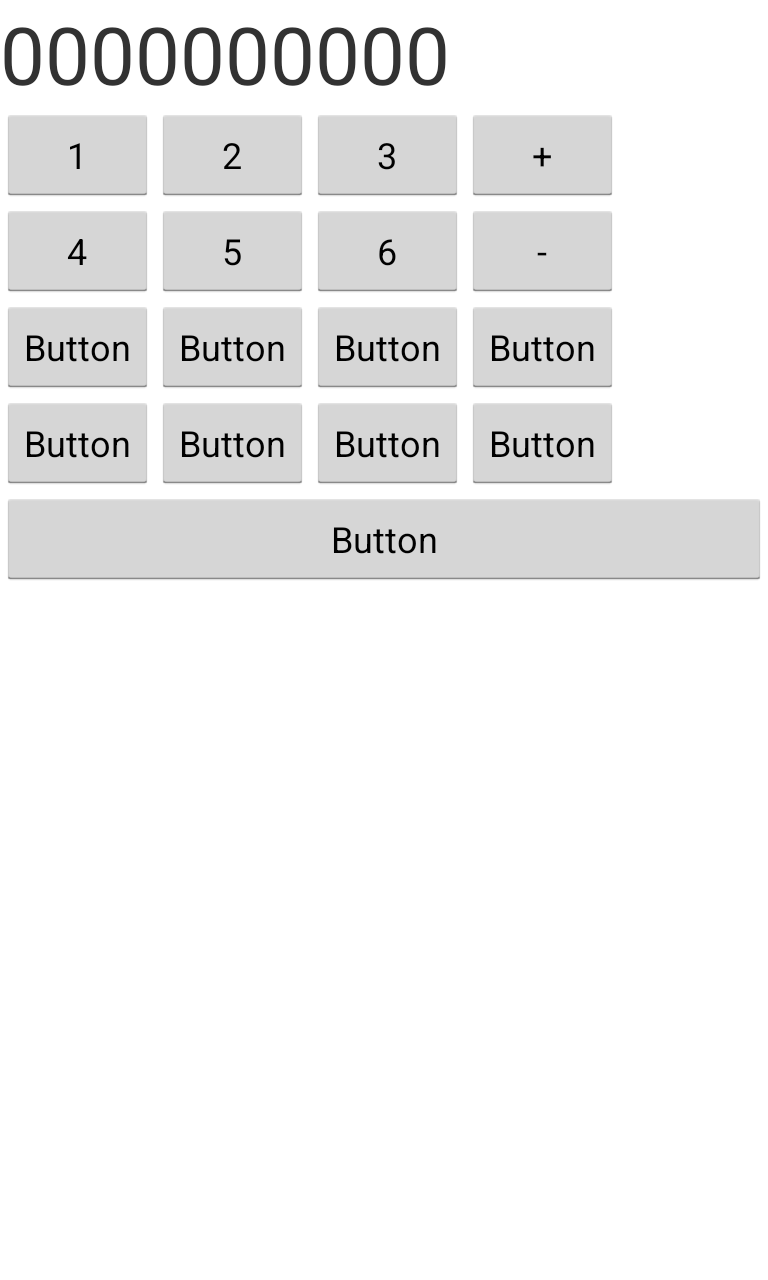
Repository: sfranco/Android
Layout: Calculadora/res/layout/activity_main.xml
These files come from the project's save history. The layout is drawn as it stood at one moment and after the next save; the edit follows.
It is drawn on a 768 x 1280 px phone screen (xhdpi) without system bars, with theme AppTheme; the app's code is not run.

Above is the layout before, as saved 2013-08-22 17:26:52.

### Calculadora/res/layout/activity_main.xml
<LinearLayout xmlns:android="http://schemas.android.com/apk/res/android"
    android:layout_width="match_parent"
    android:layout_height="match_parent"
    android:orientation="vertical" >

    <TextView
        android:id="@+id/solucion"
        android:textSize="40sp"
        android:layout_width="fill_parent"
		android:layout_height="wrap_content"
		android:text="0000000000"
        >
        </TextView>

    <TableLayout
        android:layout_width="fill_parent"
        android:layout_height="fill_parent" >

        <TableRow
            android:id="@+id/num1"
            android:layout_width="wrap_content"
            android:layout_height="wrap_content" >

            <Button
                android:id="@+id/num1"
                android:layout_width="wrap_content"
                android:layout_height="wrap_content"
                android:text="1" />

            <Button
                android:id="@+id/num2"
                android:layout_width="wrap_content"
                android:layout_height="wrap_content"
                android:text="2" />

            <Button
                android:id="@+id/num3"
                android:layout_width="wrap_content"
                android:layout_height="wrap_content"
                android:text="3" />

            <Button
                android:id="@+id/mas"
                android:layout_width="wrap_content"
                android:layout_height="wrap_content"
                android:text="+" />

        </TableRow>

        <TableRow
            android:id="@+id/tableRow2"
            android:layout_width="wrap_content"
            android:layout_height="wrap_content" >

            <Button
                android:id="@+id/num4"
                android:layout_width="wrap_content"
                android:layout_height="wrap_content"
                android:text="4" />

            <Button
                android:id="@+id/num5"
                android:layout_width="wrap_content"
                android:layout_height="wrap_content"
                android:text="5" />

            <Button
                android:id="@+id/num6"
                android:layout_width="wrap_content"
                android:layout_height="wrap_content"
                android:text="6" />

            <Button
                android:id="@+id/resta"
                android:layout_width="wrap_content"
                android:layout_height="wrap_content"
                android:text="-" />

        </TableRow>

        <TableRow
            android:id="@+id/tableRow3"
            android:layout_width="wrap_content"
            android:layout_height="wrap_content" >

            <Button
                android:id="@+id/button9"
                android:layout_width="wrap_content"
                android:layout_height="wrap_content"
                android:text="Button" />

            <Button
                android:id="@+id/button10"
                android:layout_width="wrap_content"
                android:layout_height="wrap_content"
                android:text="Button" />

            <Button
                android:id="@+id/button11"
                android:layout_width="wrap_content"
                android:layout_height="wrap_content"
                android:text="Button" />

            <Button
                android:id="@+id/button12"
                android:layout_width="wrap_content"
                android:layout_height="wrap_content"
                android:text="Button" />

        </TableRow>

        <TableRow
            android:id="@+id/tableRow4"
            android:layout_width="wrap_content"
            android:layout_height="wrap_content" >

            <Button
                android:id="@+id/button13"
                android:layout_width="wrap_content"
                android:layout_height="wrap_content"
                android:text="Button" />

            <Button
                android:id="@+id/button14"
                android:layout_width="wrap_content"
                android:layout_height="wrap_content"
                android:text="Button" />

            <Button
                android:id="@+id/button15"
                android:layout_width="wrap_content"
                android:layout_height="wrap_content"
                android:text="Button" />

            <Button
                android:id="@+id/button16"
                android:layout_width="wrap_content"
                android:layout_height="wrap_content"
                android:text="Button" />

        </TableRow>

        <Button
            android:id="@+id/button17"
            android:layout_width="wrap_content"
            android:layout_height="wrap_content"
            android:text="Button" />

    </TableLayout>

</LinearLayout>

Loaded but not shown: Calculadora/res/values/styles.xml (common file); Calculadora/res/values-v11/styles.xml (common file); Calculadora/res/values-v14/styles.xml (common file)

After the next save:
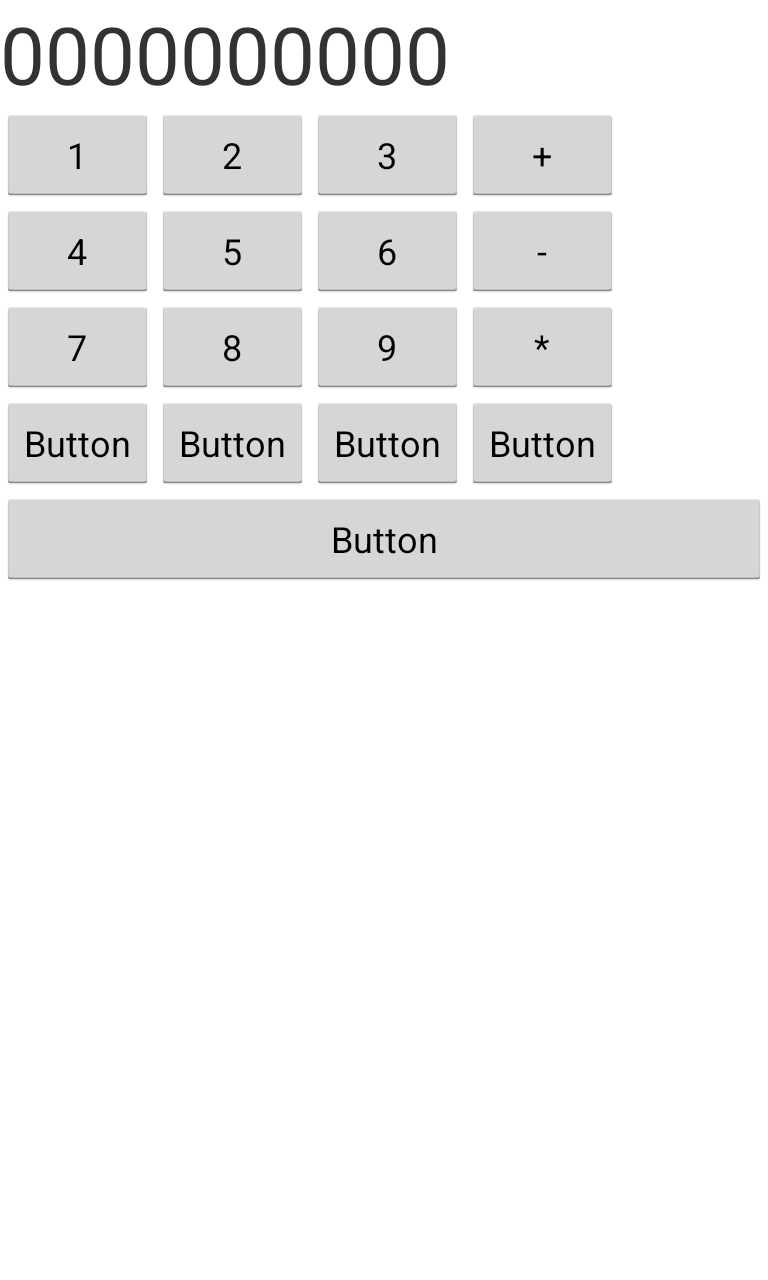
Saved 111 s later.
--- a/Calculadora/res/layout/activity_main.xml
+++ b/Calculadora/res/layout/activity_main.xml
@@ -84,28 +84,28 @@
             android:layout_height="wrap_content" >
 
             <Button
-                android:id="@+id/button9"
+                android:id="@+id/num7"
                 android:layout_width="wrap_content"
                 android:layout_height="wrap_content"
-                android:text="Button" />
+                android:text="7" />
 
             <Button
-                android:id="@+id/button10"
+                android:id="@+id/num8"
                 android:layout_width="wrap_content"
                 android:layout_height="wrap_content"
-                android:text="Button" />
+                android:text="8" />
 
             <Button
-                android:id="@+id/button11"
+                android:id="@+id/num9"
                 android:layout_width="wrap_content"
                 android:layout_height="wrap_content"
-                android:text="Button" />
+                android:text="9" />
 
             <Button
-                android:id="@+id/button12"
+                android:id="@+id/multi"
                 android:layout_width="wrap_content"
                 android:layout_height="wrap_content"
-                android:text="Button" />
+                android:text="*" />
 
         </TableRow>
 
